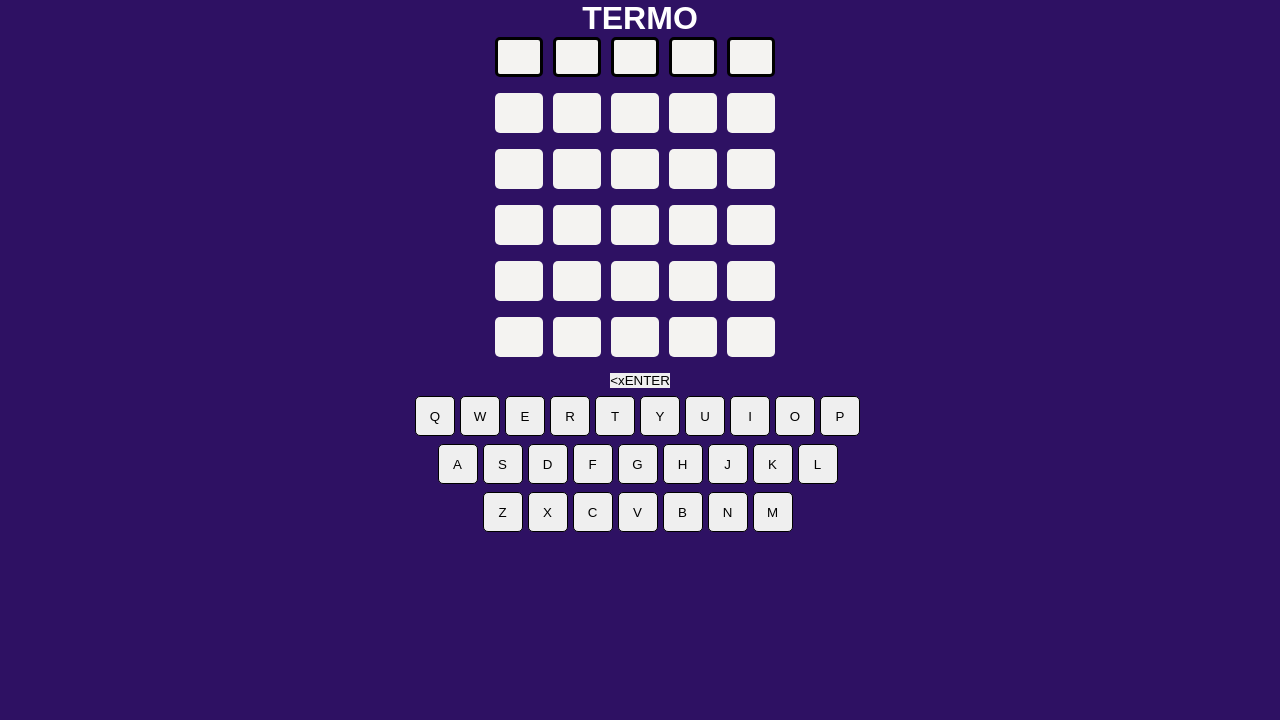
Repository: Matheus904-12/Termos
Page: index.html
These files come from the project's save history. The page is drawn as it stood at one moment and after a run of saves; the edit follows.
The browser window is 1280 px wide. The pictures show the whole page.
Some web fonts or font styles are not loaded; a fallback is used.

Above is the page before, as saved 2023-11-23 20:55:18.

### index.html
<!DOCTYPE html>
<html lang="en">
<head>
    <meta charset="UTF-8">
    <meta name="viewport" content="width=device-width, initial-scale=1.0">
    <title>Termo - Matheus</title>
    <link rel="stylesheet" href="style.css">
</head>
<body>
    <main class="container">
        <div class="titulo">
            <h1>TERMO</h1>
        </div>
        <div class="divisao"></div>
        <div class="teclado-container">
            <div class="teclado-linha nao-letra" id="apagar-e-enter"></div>
            <div class="teclado-linha" id="primeira-linha"></div>
            <div class="teclado-linha" id="segunda-linha"></div>
            <div class="teclado-linha" id="terceira-linha"></div>
        </div>
    </main>
    <script src="main.js"></script>
</body>
</html>

### style.css
@font-face {
    font-family: 'Mitr';
    src: url(Mitr/Mitr-SemiBold.ttf);
}

* {
    margin: 0;
    padding: 0;
    border: 0;
    box-sizing: border-box;
    font-family: 'Mitr', sans-serif;
}

body {
    background-color: #2e1163;
    color: white;
}

.titulo {
    text-align: center;
}

.container {
    display: flex;
    flex-direction: column;
    justify-content: space-between;
    align-items: center;
    max-width: 500px;
    margin-left: auto;
    margin-right: auto;

}

.div-linha {
    display: flex;
    justify-content: center;
    margin-bottom: 16px;
}

.teclado-container {
    width: 100vw;
    display: flex;
    flex-direction: column;
}

.div-coluna {
    background-color: #f4f3f1;
    color: black;
    height: 40px;
    width: 48px;
    border-radius: 5px;
    font-size: 25px;
    margin-right: 10px;
    display: flex;
    align-items: center;
    justify-content: center;
}

.digitando {
    border: 3px solid black;

}

.certo {
    background-color: green;
    color: white;
}

.errado {
    background-color: red;
    color: white;
}

.deslocado {
    background-color: yellow;
    color: black; /* ou a cor que preferir */
}


.teclado-linha .nao-letra button {
    margin: 0 10px;
    width: 50px;
}

.teclado-linha {
    display: flex;
    flex-wrap: nowrap;
    align-items: center;
    justify-content: center;
    margin-bottom: 8px;
}

.teclado-linha.nao-letra {
    width: 100%;
}

.teclado-linha:not(.nao-letra) button {
    width: 40px;
    height: 40px;
    border: 5px;
    margin-right: 5px;
    border: 1px solid black;
    cursor: pointer;
    border-radius: 5px;
    transition: background-color 0.3s; /* Adiciona uma transição suave na mudança de cor de fundo */
}

.teclado-linha:not(.nao-letra) button:hover {
    background-color: #dadada; /* Altera a cor de fundo ao passar o mouse */
}

### main.js
// HTML
const divisao = document.querySelector(".divisao")
const apagaEnter = document.querySelector("#apagar-e-enter")
const primeiraLinha = document.querySelector("#primeira-linha")
const segundaLinha = document.querySelector("#segunda-linha")
const terceiraLinha = document.querySelector("#terceira-linha")


// Teclas
const teclaPrimeiraLinha = ['Q', 'W', 'E', 'R', 'T', 'Y', 'U', 'I', 'O', 'P']
const teclaSegundaLinha = ['A', 'S', 'D', 'F', 'G', 'H', 'J', 'K', 'L']
const teclaTerceiraLinha = ['Z', 'X', 'C', 'V', 'B', 'N', 'M']

//Variveis do Jogo
const linha = 6
const coluna = 5
let linhaAtual = 0
let colunaAtual = 0

//Array: Palavras
let palavras = ['SENAI', 'NOITE', 'MILHO', 'LETRA', 'MOUSE']// console.log(palavra)

//Seleciona uma palavra aleatória dentro do array palavras e guarda na variável palavra
let palavra = palavras[Math.floor(Math.random() * palavras.length)]
let palavraMapa = {}
for (let i = 0; i < palavra.length; i++) {
    //separa as letras da palavra
    palavraMapa[palavra[i]] = i//separa cada letra em uma posição do palavraLinha -- palavraMapa ['S', 'E', 'A', 'N','I'],
}

const tentativas = []

//criando a grade de caixas texto
for (let linhaIndex = 0; linhaIndex < linha; linhaIndex++) {
    //vai montar as linhas
    tentativas[linhaIndex] = new Array(coluna)
    const divisaoLinha = document.createElement('div')  //cria um novo array com o numero total de colunas
    divisaoLinha.setAttribute('id', 'linha' + linhaIndex) //cria uma nova div
    divisaoLinha.setAttribute('class', 'div-linha')    //define o atributo ID
    for (let colunaIndex = 0; colunaIndex < coluna; colunaIndex++) {
        //vai mostrar as colunas
        const divisaoColuna = document.createElement('div')
        divisaoColuna.setAttribute('id', 'linha' + linhaIndex + 'coluna' + colunaIndex)
        let classColuna;
        if (linhaIndex === 0) {
            classColuna = 'div-coluna digitando'
        } else {
            classColuna = 'div-coluna desativado'
        }
        divisaoColuna.setAttribute('class', classColuna)
        divisaoLinha.append(divisaoColuna)  //adiciona a coluna como filho da linha
        tentativas[linhaIndex][colunaIndex] = '' //a tentativa começa vazia
    }
    divisao.append(divisaoLinha)//adiciona a linha como filha da divisao
}

const checkTentativa = () => {
    const tentativa = tentativas[linhaAtual].join('') //cria um objeto a partir do array 'tentativas' usando o metodo join
    if (tentativa.length !== coluna) { //(!==)diferente
        //verifica se já foi colocando uma letra (tentativa) na coluna
        return
    }

    let atColuna = document.querySelectorAll('.digitando')
    for (let i = 0; i < coluna; i++) {
        const letra = tentativa[i] //seleciona a letra corresponde a coluna atual

        if (palavraMapa[letra] === undefined) {
            //verifica se letra atual não existe no palavraMapa
            atColuna[i].classList.add('errado')
        } else {
            if (palavraMapa[letra] === i) {
                atColuna[i].classList.add('certo')
            } else {
                atColuna[i].classList.add('deslocada')
            }
        }
    }
    if(tentativa === palavra){
        window.alert('Parabéns, você conseguiu!')
        return
    }else{
        if(linhaAtual === linha-1){
            //verifica se todas alinhas já foram
            window.alert( 'Errou:')
        }else{
            proximaLinha()
        }
    }
}


const proximaLinha = () =>{
    let digColuna = document.querySelectorAll('.digitando')
    //seleciona todos os elementios com a classe digitando
    for(let i = 0; i< digColuna.length; i++){
        digColuna[i].classList.remove('digitando')
        digColuna[i].classList.add('desativado')
    }
    linhaAtual++
    colunaAtual = 0
    //linhaAtual++ para ir para a proxima linha e a coluna volta a ser 0 para ser a primeira caixinha da linha

    const linhaAtualElemento = document.querySelector('#linha'+linhaAtual)
    let atColuna = linhaAtualElemento.querySelectorAll('.div-coluna')
    for(let i = 0; i< atColuna.length; i++){
        atColuna[i].classList.remove('desativado')
        atColuna[i].classList.add('digitando')
    }
}

const tecladoOnClick = key => {
    if(colunaAtual === coluna){
        //verifica se acabou as colunas
        return
    }

    const divAtual = document.querySelector('#linha'+linhaAtual+'coluna'+colunaAtual)
    divAtual.textContent = key // o conteudo do texto será igual a tecla digitada

    tentativas[linhaAtual][colunaAtual]=key
    colunaAtual++
}

const criarLinhaTeclado = (keys, linhaTeclado) => {
    keys.forEach(key =>{
        //LEITOR DE TECLAS
        //CRIADOR DE BOTÕES
        let botaoElemento = document.createElement('button')
        botaoElemento.textContent = key
        botaoElemento.setAttribute('id', key)
        botaoElemento.addEventListener('click', () => tecladoOnClick(key))
        linhaTeclado.append(botaoElemento)
    })
}

criarLinhaTeclado(teclaPrimeiraLinha, primeiraLinha)
criarLinhaTeclado(teclaSegundaLinha, segundaLinha)
criarLinhaTeclado(teclaTerceiraLinha, terceiraLinha)

const backspace = () => {
    if(colunaAtual === 0){
        return
    }
    colunaAtual--
    tentativas[linhaAtual][colunaAtual] = ''//QUADRADO FICA VAZIO
    const div = document.querySelector('#linha'+linhaAtual+'coluna'+colunaAtual)
    div.textContent = ''
}

//Botão ENTER & APAGAR
const backspaceBotao = document.createElement('button')
backspaceBotao.addEventListener('click', backspace)
backspaceBotao.textContent = '<x'
apagaEnter.append(backspaceBotao)

const enterBotao = document.createElement('button')
enterBotao.addEventListener('click', checkTentativa)
enterBotao.textContent = 'ENTER'
apagaEnter.append(enterBotao)

document.onkeydown = function(evt){
    evt = evt || window.evt
    if(evt.key === 'Enter'){
        checkTentativa()
    }else if (evt.key === 'Backspace'){
        backspace()
    }else{
        tecladoOnClick(evt.key.toUpperCase())
    }
}

After the next 4 saves:
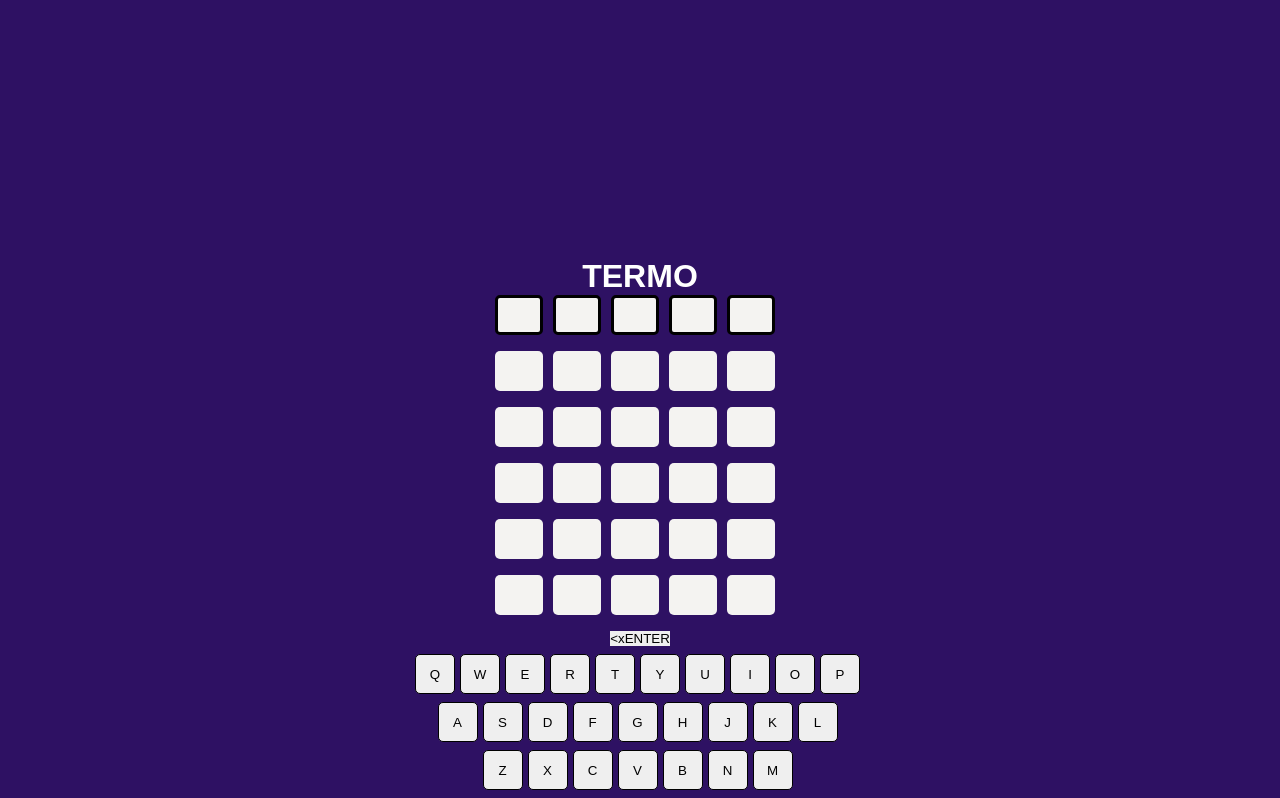
The 4 saves are shown as one change because they came seconds apart.
The last was saved 15 s later.
--- a/style.css
+++ b/style.css
@@ -28,7 +28,7 @@
     max-width: 500px;
     margin-left: auto;
     margin-right: auto;
-
+    padding-top: 258px;
 }
 
 .div-linha {
